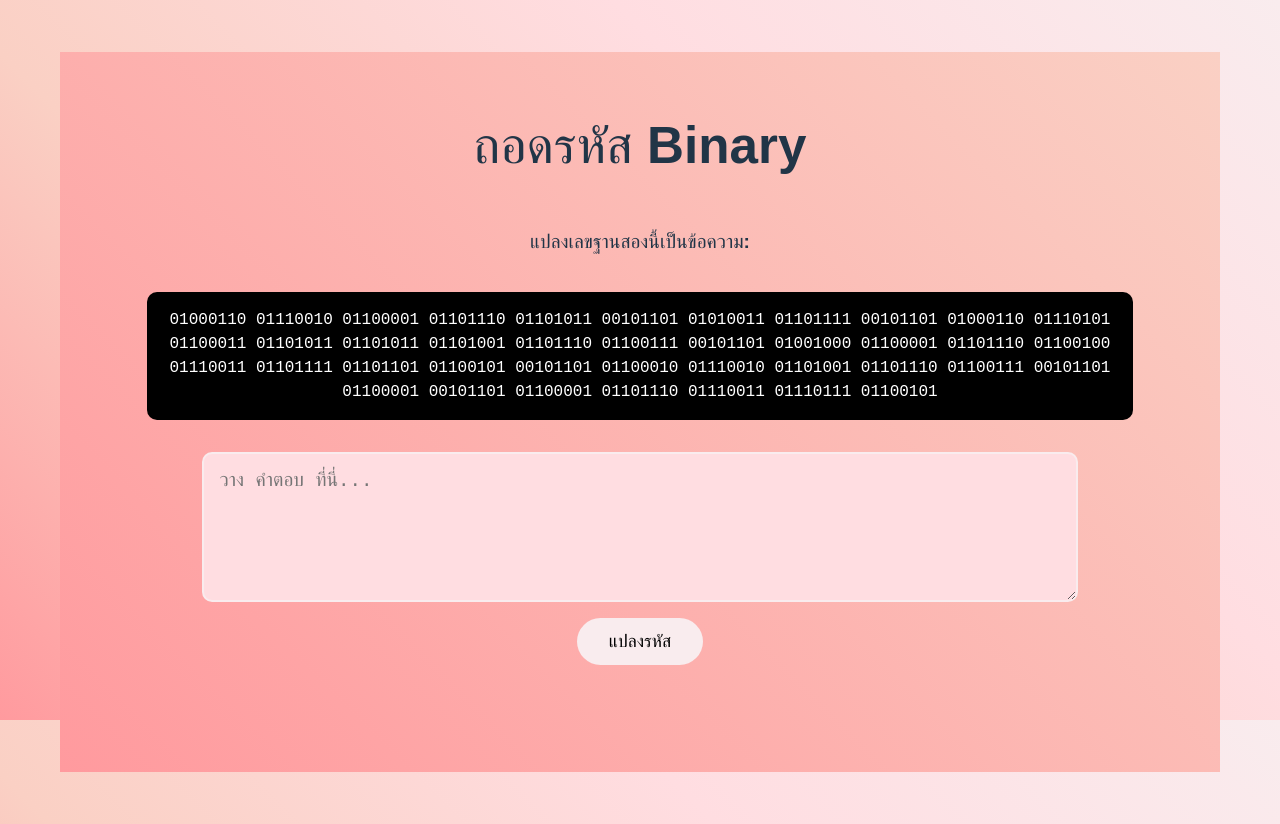
Repository: Jinwoo290350/Quiz_Fun
Page: /
An editor plug-in stored every save of this project. The page is shown before and after the next save, followed by the edit.
The browser window is 1280 px wide. The pictures show the whole page.
Backgrounds fixed to the window are drawn as part of the page. The project was rebuilt for these pictures with package versions that can differ from the ones it lists, and the page was loaded fresh each time. Also part of the build but not shown: vite.config.js.

Above is the page before, as saved 2025-02-05 22:27:55.

After the next save:
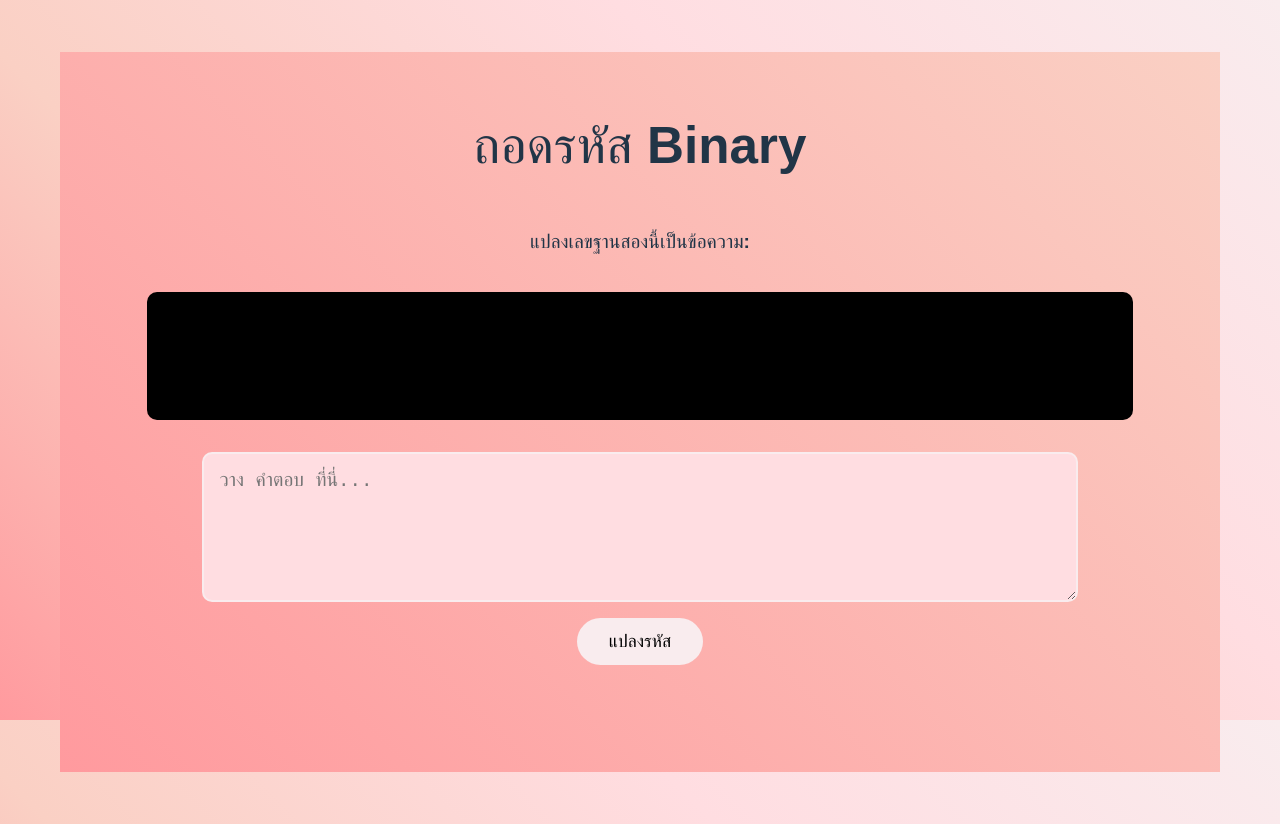
Saved 6 s later.
--- a/src/components/Ask.vue
+++ b/src/components/Ask.vue
@@ -104,7 +104,7 @@ export default {
 }
 .binary-question {
   background: #000000;
-  color: #ffffff;
+  color: #000000;
   padding: 1rem;
   border-radius: 10px;
   display: inline-block;
